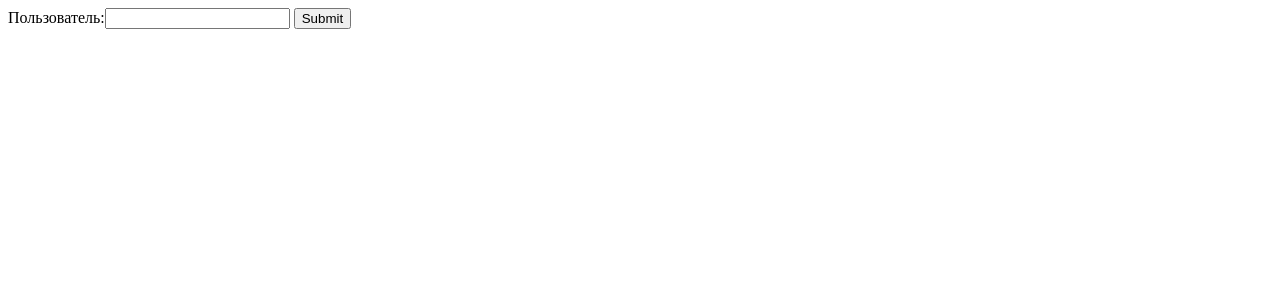
Repository: dflbv879/springefamiliarization
Page: WebApp/WebContent/user.html
An editor plug-in stored every save of this project. The page is shown before and after the next save, followed by the edit.
The browser window is 1280 px wide. The pictures show the whole page.

Above is the page before, as saved 2019-05-13 20:17:49.

After the next save:
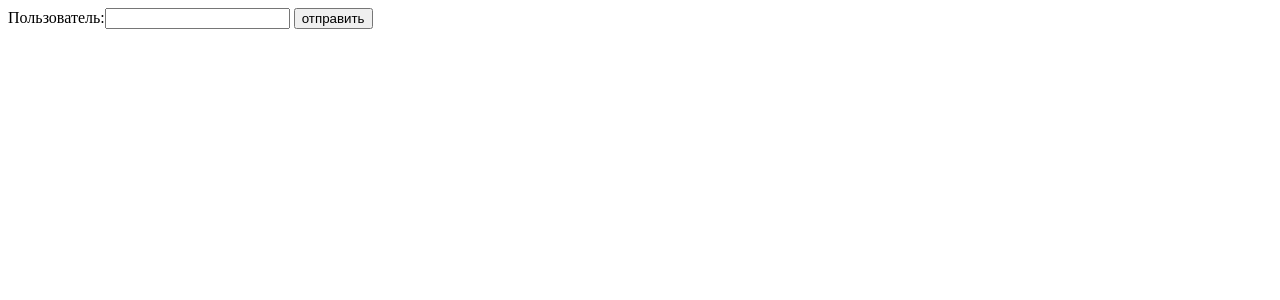
Saved 32 s later.
--- a/WebApp/WebContent/user.html
+++ b/WebApp/WebContent/user.html
@@ -8,7 +8,7 @@
 
 <form action="Servlet" method="get">
     Пользователь:<input type = "text" name="id">
-    <input type = "submit" vaue ="отправить">
+    <input type = "submit" value ="отправить">
 
     <br>
 
